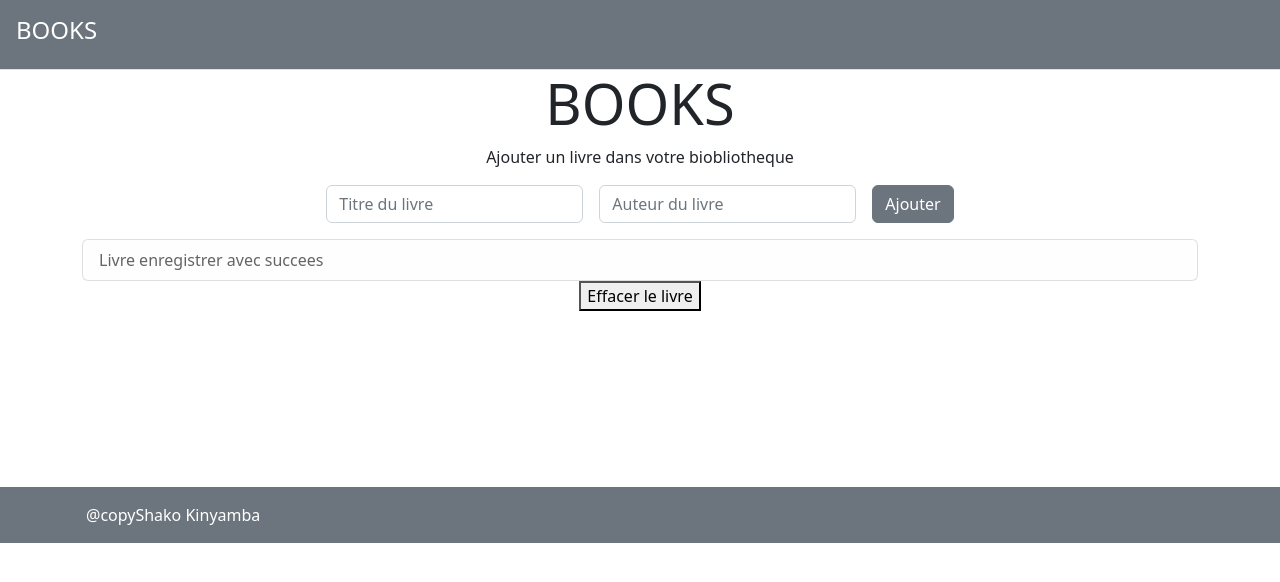
Repository: SKB-TECH/Books
Page: /
The author's editor kept a copy of each file at every save. The page is drawn from the files as they stood at one save, then again after a run of saves.
The browser window is 1280 px wide. The pictures show the whole page.
The project was rebuilt for these pictures with package versions that can differ from the ones it lists, and the page was loaded fresh each time. Also part of the build but not shown: vite.config.js.

Above is the page before, as saved 2022-11-09 16:16:57.

After the next 4 saves:
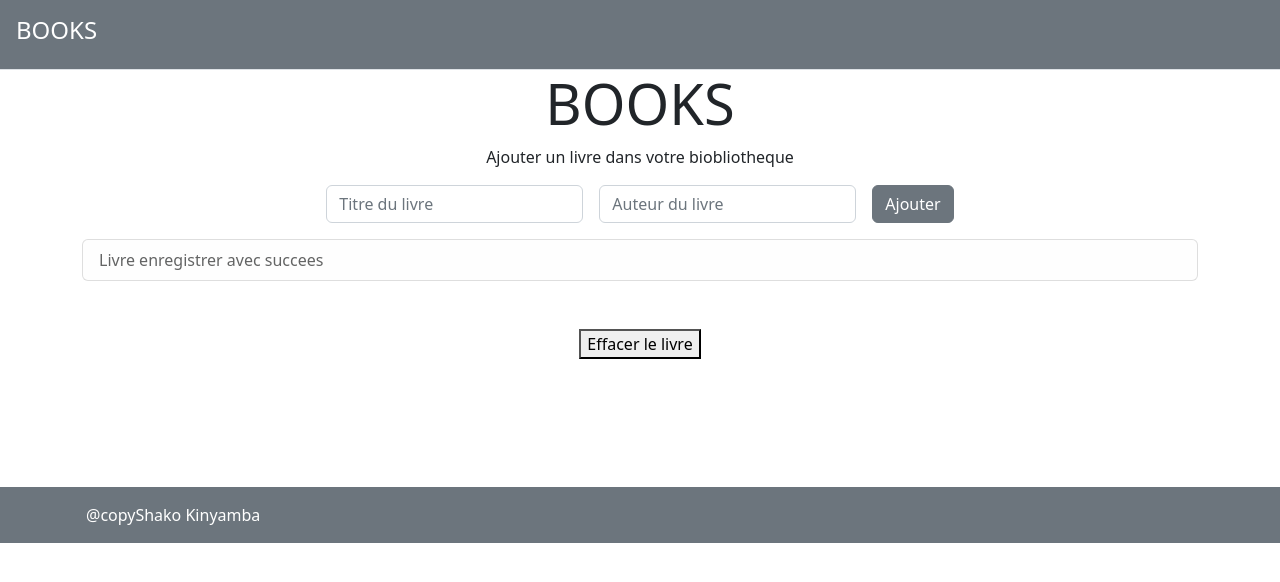
The 4 saves are shown as one change because they came seconds apart.
The last was saved 18 s later.
--- a/src/Containers/AddBooks.jsx
+++ b/src/Containers/AddBooks.jsx
@@ -37,7 +37,7 @@ const AddBooks = () => {
                     </div>
 
                     <div className='d-flex justify-content-center'>
-                        <button>Effacer le livre</button>
+                        <button className='mt-5'>Effacer le livre</button>
                     </div>
                 </div>
             </div>
